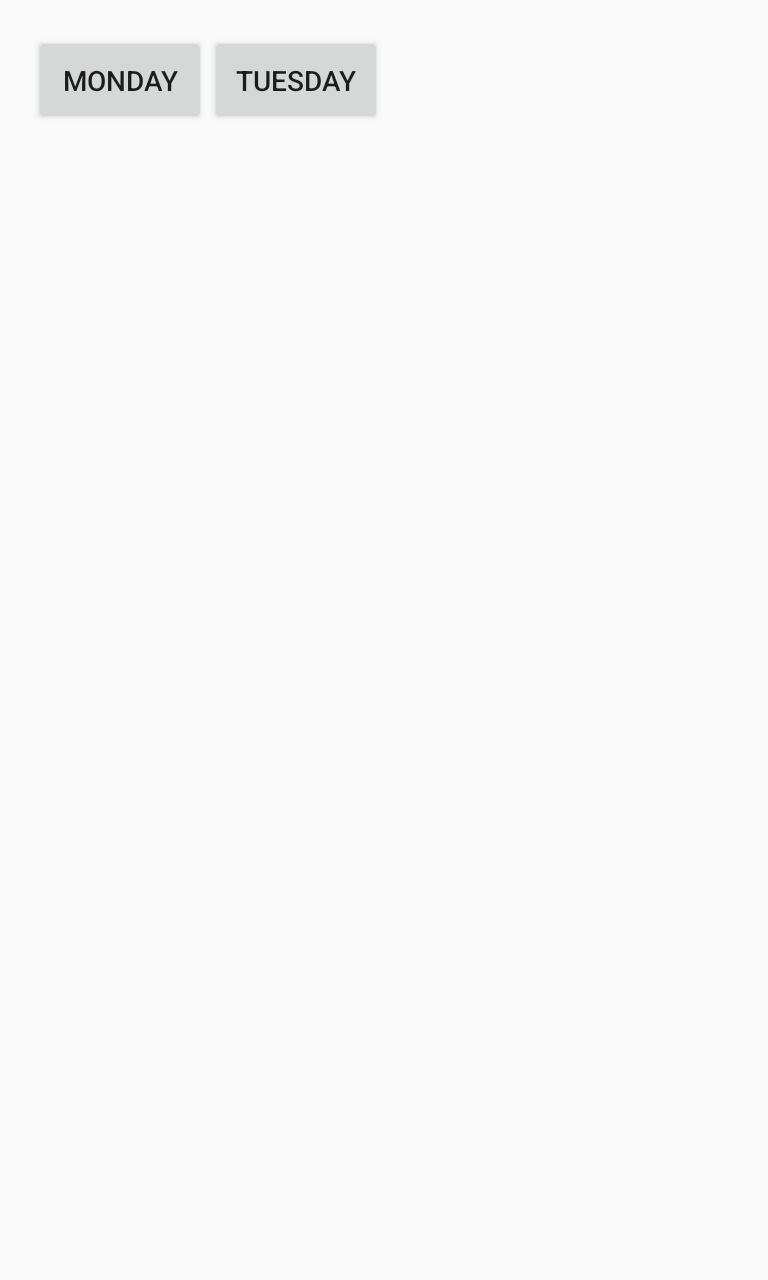
Repository: apoorvelec/AndroidApps
Layout: Gymdroid/res/layout/activity_main.xml
An editor plug-in stored every save of this project. The layout is shown before and after the next save, followed by the edit.
It is drawn on a 768 x 1280 px phone screen (xhdpi) without system bars, with theme AppTheme; the app's code is not run.

Above is the layout before, as saved 2016-07-16 19:43:14.

### Gymdroid/res/layout/activity_main.xml
<LinearLayout xmlns:android="http://schemas.android.com/apk/res/android"
    xmlns:tools="http://schemas.android.com/tools"
    android:layout_width="match_parent"
    android:layout_height="match_parent"
    android:paddingBottom="@dimen/activity_vertical_margin"
    android:paddingLeft="@dimen/activity_horizontal_margin"
    android:paddingRight="@dimen/activity_horizontal_margin"
    android:paddingTop="@dimen/activity_vertical_margin"
    tools:context="com.example.gymdroid.MainActivity" >

    <Button
        android:id="@+id/Monday"
        android:layout_width="wrap_content"
        android:layout_height="wrap_content"
        android:text="@string/monday_button"
        />
    <Button
        android:id="@+id/Tuesday"
        android:layout_width="wrap_content"
        android:layout_height="wrap_content"
        android:text="@string/tuesday_button"
        />



</LinearLayout>

### Gymdroid/res/values/strings.xml
<?xml version="1.0" encoding="utf-8"?>
<resources>

    <string name="app_name">Gymdroid</string>
    <string name="hello_world">Hello world!</string>
    <string name="action_settings">Settings</string>
    <string name="monday_button">Monday</string>
    <string name="tuesday_button">Tuesday</string>
    <string name="wednesday_button">Wednesday</string>
    <string name="thursday_button">Thursday</string>
    <string name="friday_button">Friday</string>
</resources>

Loaded but not shown: Gymdroid/res/values/styles.xml (common file); Gymdroid/res/values-v11/styles.xml (common file); Gymdroid/res/values-v14/styles.xml (common file); Gymdroid/res/values/dimens.xml (common file); Gymdroid/res/values-w820dp/dimens.xml (common file)

After the next save:
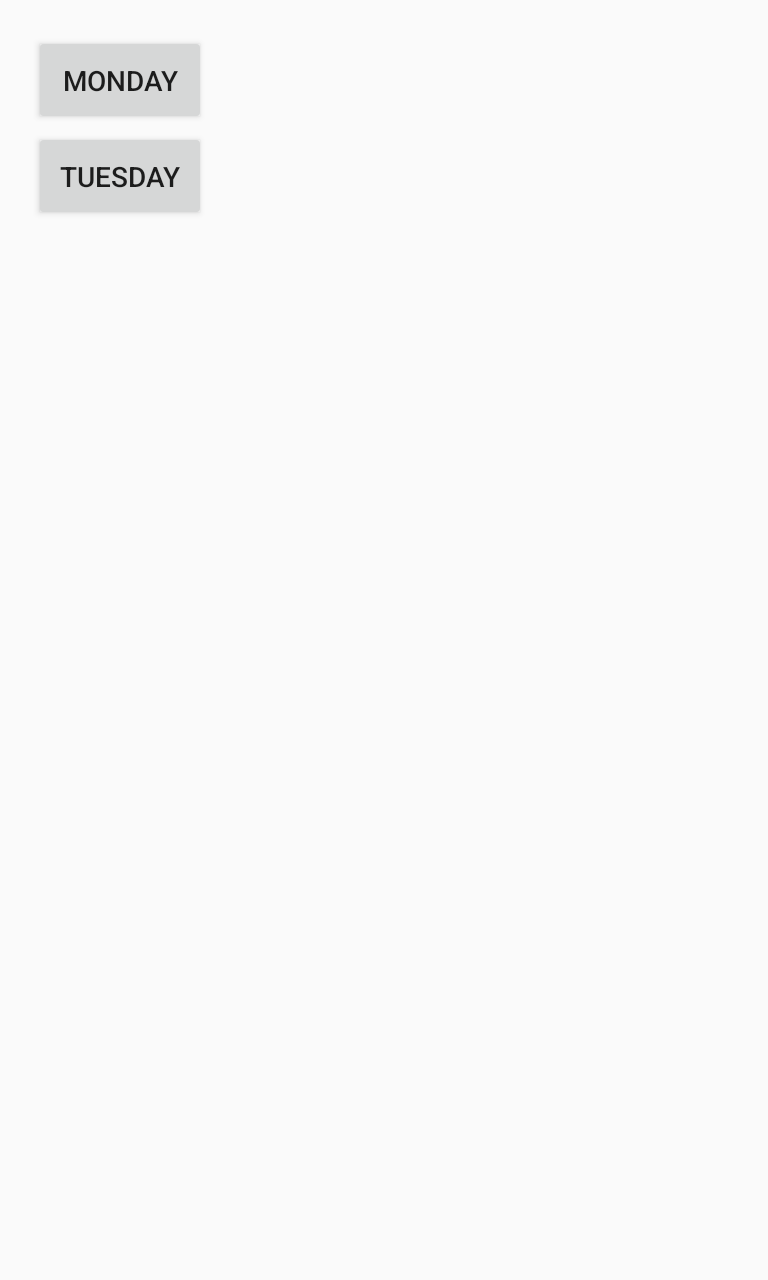
Saved 2 min 47 s later.
--- a/Gymdroid/res/layout/activity_main.xml
+++ b/Gymdroid/res/layout/activity_main.xml
@@ -6,7 +6,8 @@
     android:paddingLeft="@dimen/activity_horizontal_margin"
     android:paddingRight="@dimen/activity_horizontal_margin"
     android:paddingTop="@dimen/activity_vertical_margin"
-    tools:context="com.example.gymdroid.MainActivity" >
+    tools:context="com.example.gymdroid.MainActivity"
+    android:orientation="vertical" >
 
     <Button
         android:id="@+id/Monday"
